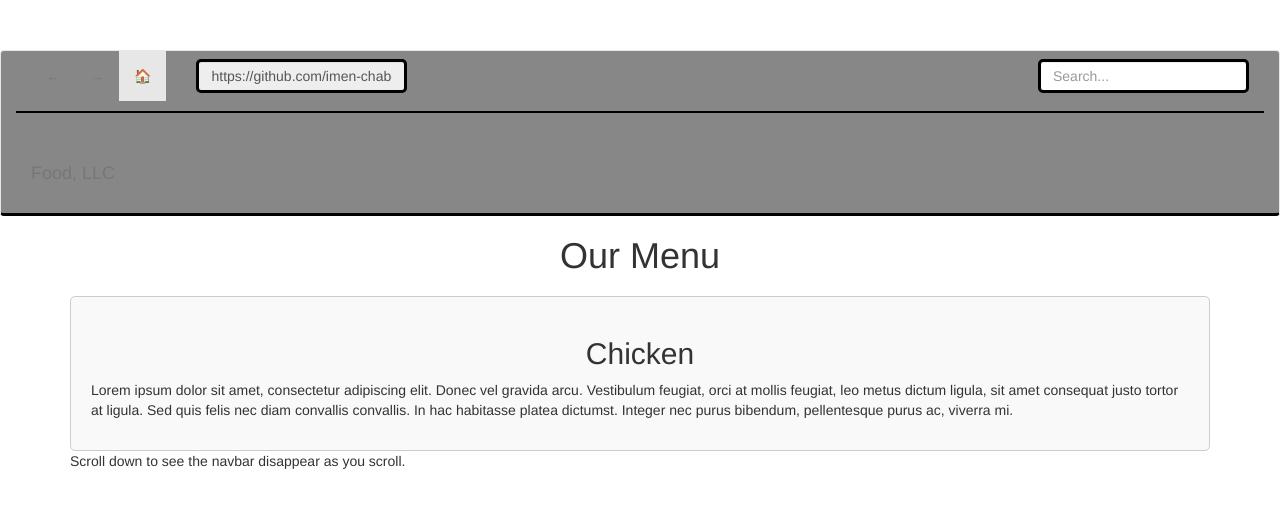
Repository: imen-chabchoub/coursera-test1
Page: mod3-solution/index.html
The author's editor kept a copy of each file at every save. The page is drawn from the files as they stood at one save, then again after the next save.
The browser window is 1280 px wide. The pictures show the whole page.

Above is the page before, as saved 2025-02-12 14:55:41.

After the next save:
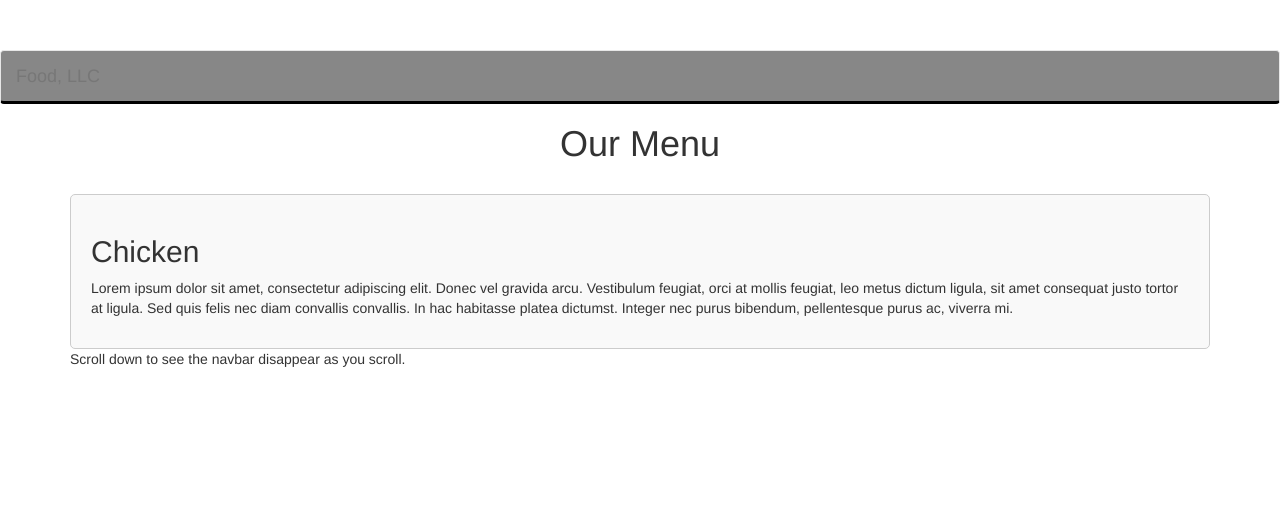
Saved 4 min 4 s later.
--- a/mod3-solution/index.html
+++ b/mod3-solution/index.html
@@ -13,45 +13,45 @@
         <div class="container-fluid">
             <!-- Brand and toggle get grouped for better mobile display -->
             <div class="navbar-header">
-                <button type="button" class="navbar-toggle collapsed" data-toggle="collapse" data-target="#navbar-collapse">
+                <button type="button" class="navbar-toggle collapsed visible-xs" data-toggle="collapse" data-target="#navbar-collapse">
                     <span class="sr-only">Toggle navigation</span>
                     <span class="icon-bar"></span>
                     <span class="icon-bar"></span>
                     <span class="icon-bar"></span>
                 </button>
+                <a class="navbar-brand" href="#">Food, LLC</a>
             </div>
 
             <!-- Collect the nav links, forms, and other content for toggling -->
             <div class="collapse navbar-collapse" id="navbar-collapse">
-                <ul class="nav navbar-nav">
-                    <li><a href="#" class="nav-back">←</a></li>
-                    <li><a href="#" class="nav-forward">→</a></li>
-                    <li class="active"><a href="#" class="nav-home">🏠</a></li>
+                <ul class="nav navbar-nav visible-xs">
+                    <li><a href="#">Chicken</a></li>
+                    <li><a href="#">Beef</a></li>
+                    <li><a href="#">Sushi</a></li>
                 </ul>
-                <div class="navbar-form navbar-left">
-                    <input type="text" class="form-control nav-url" value="https://github.com/imen-chabchoub/coursera-test/tree/module2-solution" readonly>
-                </div>
-                <div class="navbar-form navbar-right">
-                    <input type="text" class="form-control search" placeholder="Search...">
-                </div>
             </div><!-- /.navbar-collapse -->
-            <div class="navbar-divider"></div>
-            <div class="navbar-text text-center">
-                <a class="navbar-brand" href="#">Food, LLC</a>
-            </div>
         </div><!-- /.container-fluid -->
     </nav>
 
     <!-- Content -->
     <div class="container">
         <h1 class="text-center">Our Menu</h1>
-        <div class="menu-section">
-            <h2 class="text-center">Chicken</h2>
-            <p>Lorem ipsum dolor sit amet, consectetur adipiscing elit. Donec vel gravida arcu. Vestibulum feugiat, orci at mollis feugiat, leo metus dictum ligula, sit amet consequat justo tortor at ligula. Sed quis felis nec diam convallis convallis. In hac habitasse platea dictumst. Integer nec purus bibendum, pellentesque purus ac, viverra mi.</p>
+        <div class="row">
+            <div class="col-xs-12">
+                <div class="menu-section">
+                    <h2>Chicken</h2>
+                    <p>Lorem ipsum dolor sit amet, consectetur adipiscing elit. Donec vel gravida arcu. Vestibulum feugiat, orci at mollis feugiat, leo metus dictum ligula, sit amet consequat justo tortor at ligula. Sed quis felis nec diam convallis convallis. In hac habitasse platea dictumst. Integer nec purus bibendum, pellentesque purus ac, viverra mi.</p>
+                </div>
+            </div>
         </div>
-        <p>Scroll down to see the navbar disappear as you scroll.</p>
+        <div class="row">
+            <div class="col-xs-12">
+                <div class="tall-section">
+                    <p>Scroll down to see the navbar disappear as you scroll.</p>
+                </div>
+            </div>
+        </div>
     </div>
-
 
     <script src="https://ajax.googleapis.com/ajax/libs/jquery/1.12.4/jquery.min.js"></script>
     <script src="https://maxcdn.bootstrapcdn.com/bootstrap/3.3.7/js/bootstrap.min.js"></script>
